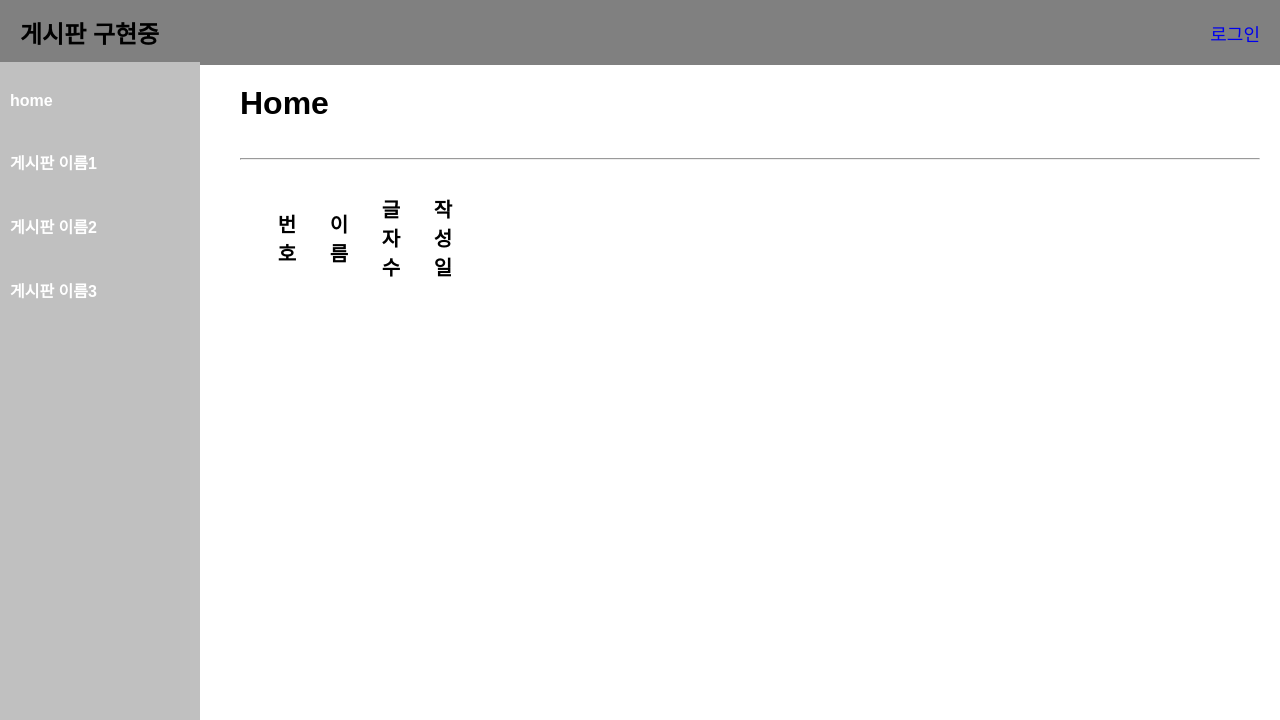
Repository: hyeon-jin-park/study
Page: work/internet_programing/Test_final/public/i.html
The author's editor kept a copy of each file at every save. The page is drawn from the files as they stood at one save, then again after the next save.
The browser window is 1280 px wide. The pictures show the whole page.

Above is the page before, as saved 2025-03-12 14:00:39.

### work/internet_programing/Test_final/public/i.html
<!DOCTYPE html>
<html lang="ko">
<head>

    <meta charset="UTF-8">
    <meta name="viewport" content="width=device-width, initial-scale=1.0">
    <title>home.html</title>
	<link rel="stylesheet" href="layout.css">
	<link rel="stylesheet" href="board.css">
	<style>
	* { margin: 0; padding: 0; box-sizing: border-box; }
	body { font-family: Arial, sans-serif; }
	</style>

</head>


<body>

    <div class="header">
        <div class="header_name">게시판 구현중</div>
        <ul class="header_elements">
            <li><a href="#">로그인</a></li>
        </ul>
    </div>
    <div class="sidebar">
    	<ul class="sidebar">
    		<li><a href="home.html">home</a></li>
    		<li><a href="#">게시판 이름1</a></li>
    		<li><a href="#">게시판 이름2</a></li>
    		<li><a href="#">게시판 이름3</a></li>

    	</ul>
    </div>
    <div class="content">
    	<h1>Home</h1>
    	<br>
    	<br>
    	<hr>
    	<div class="board">
    		<table class="header_elements">
    			<tr>
    				<th>번호</th>
    				<th>이름</th>
    				<th>글자수</th>
    				<th>작성일</th>
    			</tr>
    		</table>
    	</div>
    </div>

</body>
</html>

### work/internet_programing/Test_final/public/layout.css
@charset "UTF-8";

.header {
            background-color: gray;
            color: black;
            padding: 15px 20px;
            display: flex;
            justify-content: space-between;
            align-items: center;
            width: 100%;
    		border-collapse: collapse;
    		table-layout: fixed;
        }

        .header_name {
            font-size: 24px;
            font-weight: bold;
        }

        .header_elements {
            list-style: none;
            display: flex;
        }

        .header_elements li {
            margin-left: 20px;
        }

        .header_elements a {
        	display: inline-block;
            text-decoration: none;
            font-size: 18px;
        }

        .header_elements a:hover {
            font-weight: bold;
        }

        .sidebar {
        	margin-top: 62px;
    		width: 200px;
    		background-color: silver;
    		color: black;
    		padding: 20px;
    		position: fixed;
    		height: 100vh;
    		top: 0;
    		left: 0;
		}

		.sidebar ul {
    		list-style: none;
    		padding: 0;
		}

		.sidebar ul li {
   		 margin: 20px 0;
		}

		.sidebar a {
    		text-decoration: none;
    		color: white;
   		    font-weight: bold;
   		 	display: block;
    		padding: 10px;
    		border-radius: 5px;
		}

		.sidebar a:hover {
    		background-color: #555;
		}


		.content {
    		margin-left: 220px;
    		padding: 20px;
		}

### work/internet_programing/Test_final/public/board.css
@charset "UTF-8";

.board {
	background-color: white;
	color: black;
	padding: 20px 20px;
	width: 100%;
}

.board th {
	padding: 12px;
    text-align: center;
    vertical-align: middle;
    font-size: 20px;
}

.board th:nth-child(1),
.board td:nth-child(1){
	width: 50px;
}
.board th:nth-child(2),
.board td:nth-child(2){
	width: 50px;
}
.board th:nth-child(3),
.board td:nth-child(3){
	width: 50px;
}
.board th:nth-child(4),
.board td:nth-child(4){
	width: 50px;
}

After the next save:
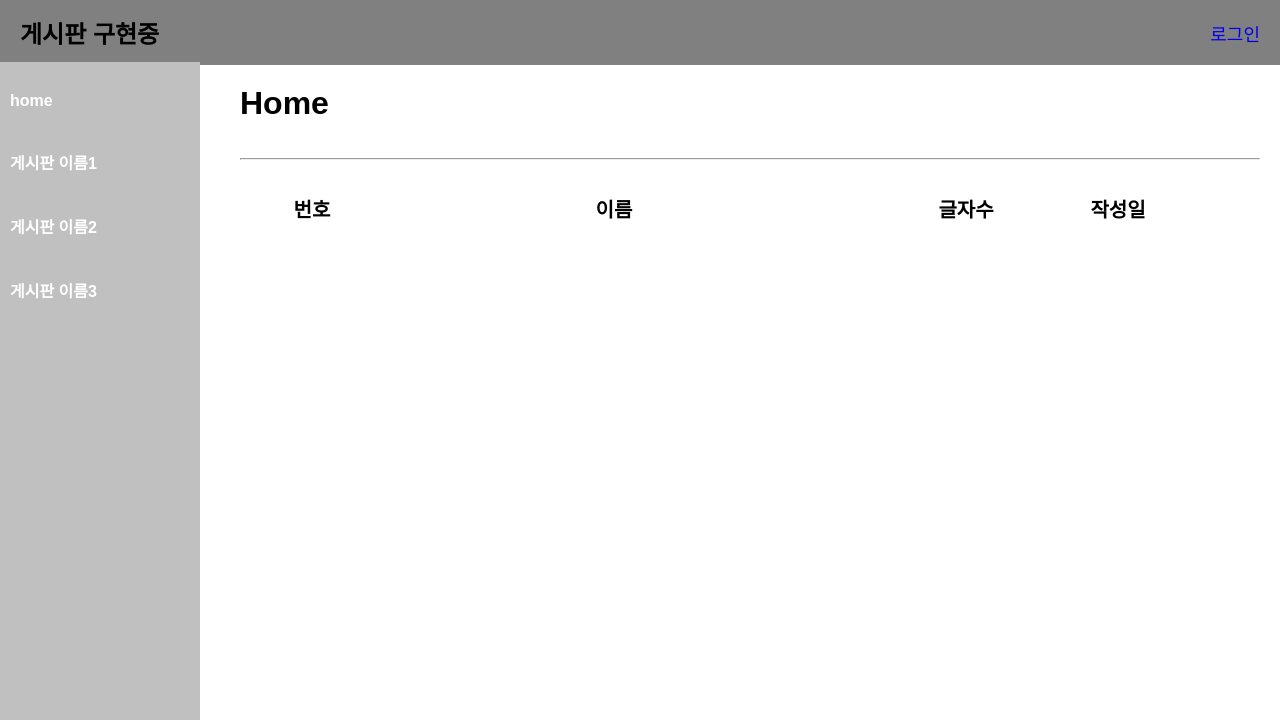
Saved 40 s later.
--- a/work/internet_programing/Test_final/public/board.css
+++ b/work/internet_programing/Test_final/public/board.css
@@ -16,17 +16,17 @@
 
 .board th:nth-child(1),
 .board td:nth-child(1){
-	width: 50px;
+	width: 100px;
 }
 .board th:nth-child(2),
 .board td:nth-child(2){
-	width: 50px;
+	width: 500px;
 }
 .board th:nth-child(3),
 .board td:nth-child(3){
-	width: 50px;
+	width: 200px;
 }
 .board th:nth-child(4),
 .board td:nth-child(4){
-	width: 50px;
+	width: 100px;
 }
